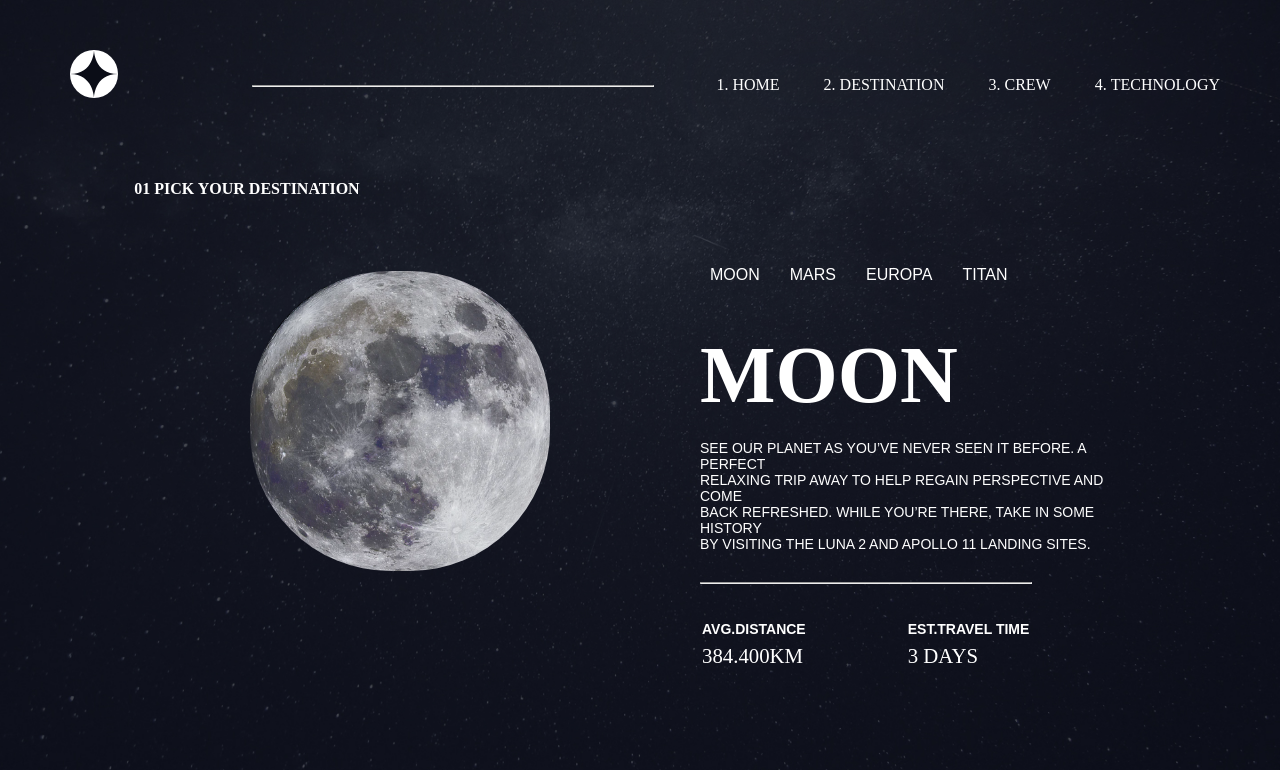
Repository: batonAnton/space_tourism
Page: destination.html
An editor plug-in stored every save of this project. The page is shown before and after the next save, followed by the edit.
The browser window is 1280 px wide. The pictures show the whole page.
Some web fonts or font styles are not loaded; a fallback is used.

Above is the page before, as saved 2022-05-20 11:41:43.

After the next save:
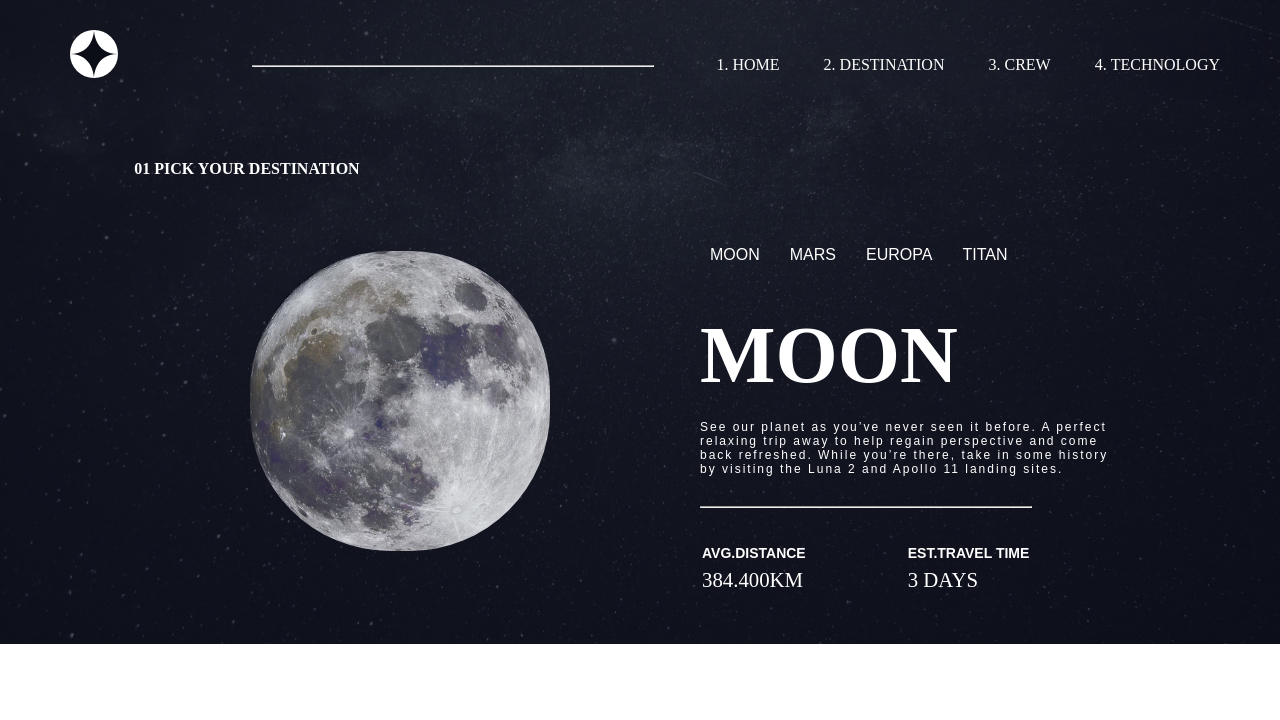
Saved 6 min 20 s later.
--- a/css/style2 .css
+++ b/css/style2 .css
@@ -13,7 +13,7 @@ body {
 
 .top-container {
   /* display: inline-block; */
-  padding: 50px 0px 50px 70px;
+  padding: 30px 0px 50px 70px;
   /* width: 100%; */
 }
 
@@ -83,7 +83,7 @@ li {
 }
 
 .get-info_planet {
-  margin: 130px 100px 100px 150px;
+  margin: 130px 100px 50px 150px;
 }
 
 /* navbar planet */
@@ -154,7 +154,9 @@ p {
   width: 444px;
   text-align: left;
   font-family: "Barlow Condensed", sans-serif;
-  font-size: 14px;
+  font-size: 12px;
+    text-transform: none;
+    letter-spacing: 2px;
 }
 
 .planet_img {
